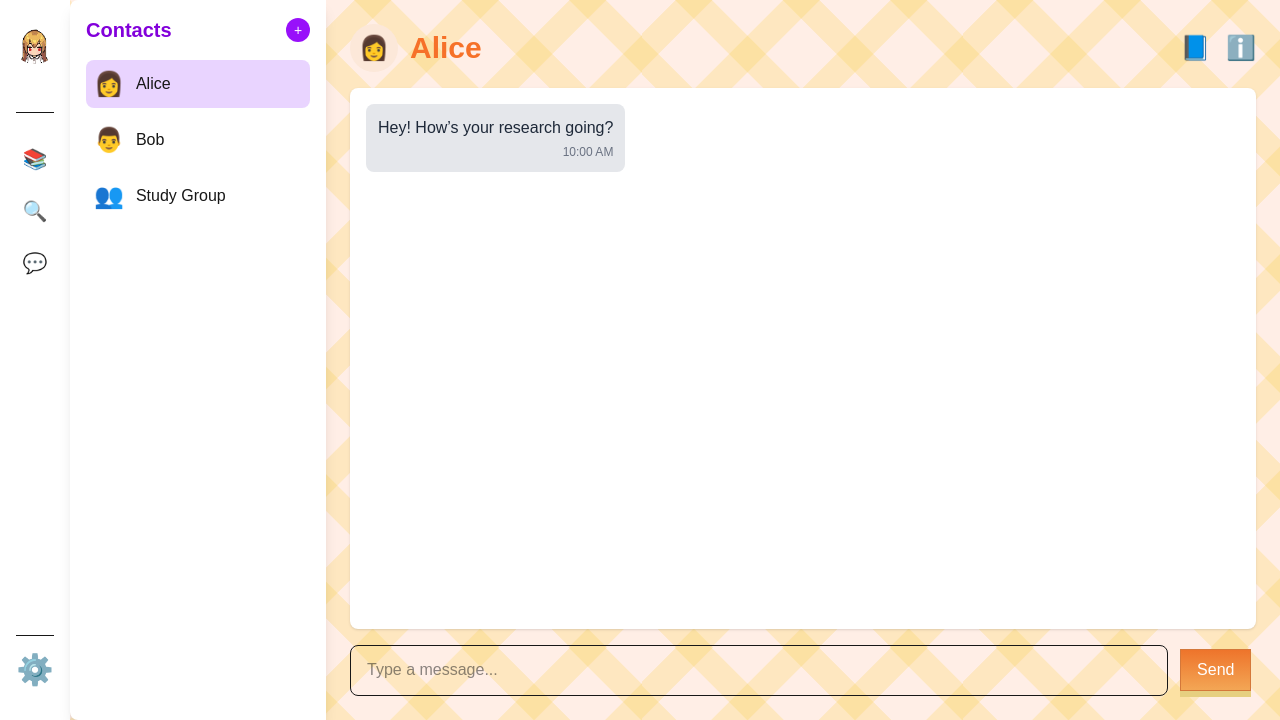
Repository: ramosfranz/bookie
Page: /chat
The author's editor kept a copy of each file at every save. The page is drawn from the files as they stood at one save, then again after the next save.
The browser window is 1280 px wide. The pictures show the whole page.
The page's requests for data from a server got no answer. Some web fonts or font styles are not loaded; a fallback is used. The project was rebuilt for these pictures with package versions that can differ from the ones it lists, and the page was loaded fresh each time. The framework's server and built-in components were replaced by stand-ins that run in the browser. No one was signed in, and anything a server would have sent is missing. Also part of the build but not shown: next.config.ts, src/app/chat/AddContact.tsx, src/app/chat/FriendList.tsx, src/app/chat/FriendInfo.tsx.

Above is the page before, as saved 2025-12-06 09:04:46.

After the next save:
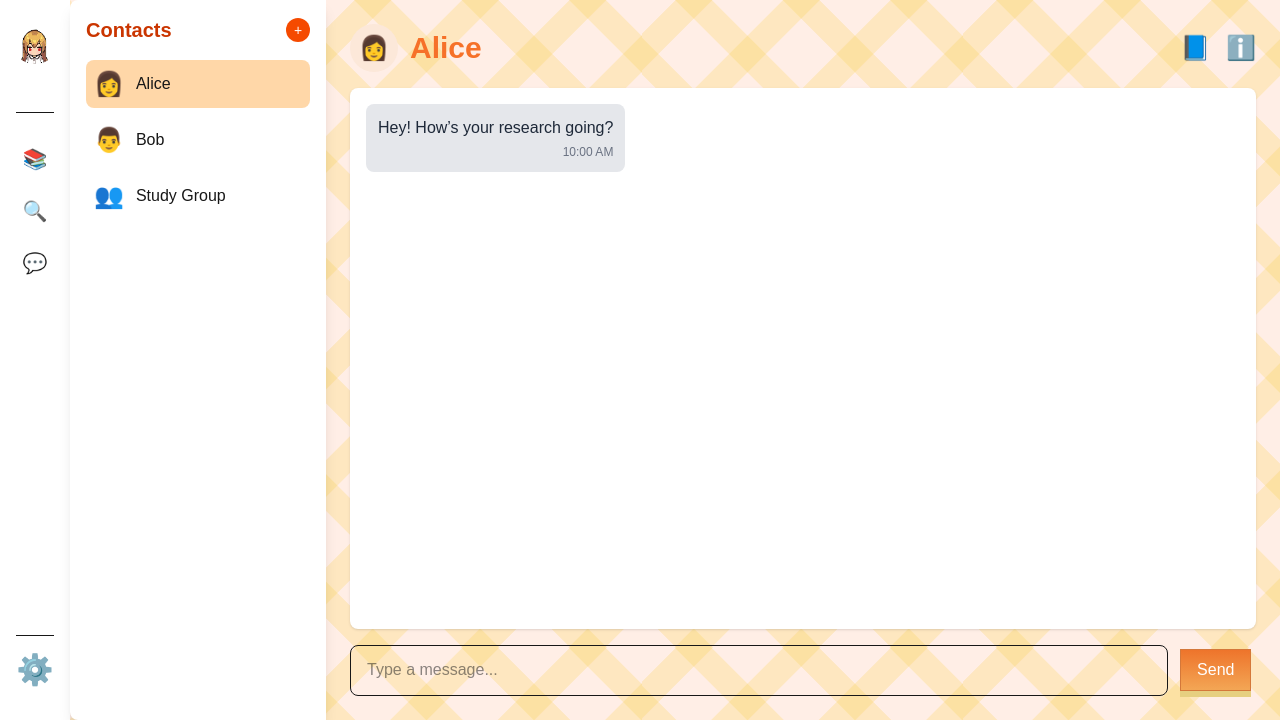
Saved 104 s later.
--- a/src/app/chat/ContactSidebar.tsx
+++ b/src/app/chat/ContactSidebar.tsx
@@ -37,13 +37,13 @@ export default function ContactSidebar({
       <div className="p-4 flex flex-col flex-1">
         {!isCollapsed && (
           <div className="flex items-center justify-between mb-4">
-            <h2 className="text-xl font-bold text-purple-700">Contacts</h2>
+            <h2 className="text-xl font-bold text-orange-700">Contacts</h2>
             <button
               onClick={(e) => {
                 e.stopPropagation();
                 setShowAddContactPopup(true);
               }}
-              className="text-white bg-purple-600 hover:bg-purple-700 rounded-full w-6 h-6 flex items-center justify-center text-sm"
+              className="text-white bg-orange-600 hover:bg-orange-700 rounded-full w-6 h-6 flex items-center justify-center text-sm"
             >
               +
             </button>
@@ -58,8 +58,8 @@ export default function ContactSidebar({
                 e.stopPropagation();
                 setSelectedContactId(contact.id);
               }}
-              className={`flex items-center gap-3 p-2 rounded-lg text-left hover:bg-purple-100 transition ${
-                contact.id === selectedContactId ? "bg-purple-200" : ""
+              className={`flex items-center gap-3 p-2 rounded-lg text-left hover:bg-orange-100 transition ${
+                contact.id === selectedContactId ? "bg-orange-200" : ""
               }`}
             >
               <span className="text-2xl">{contact.avatar}</span>
